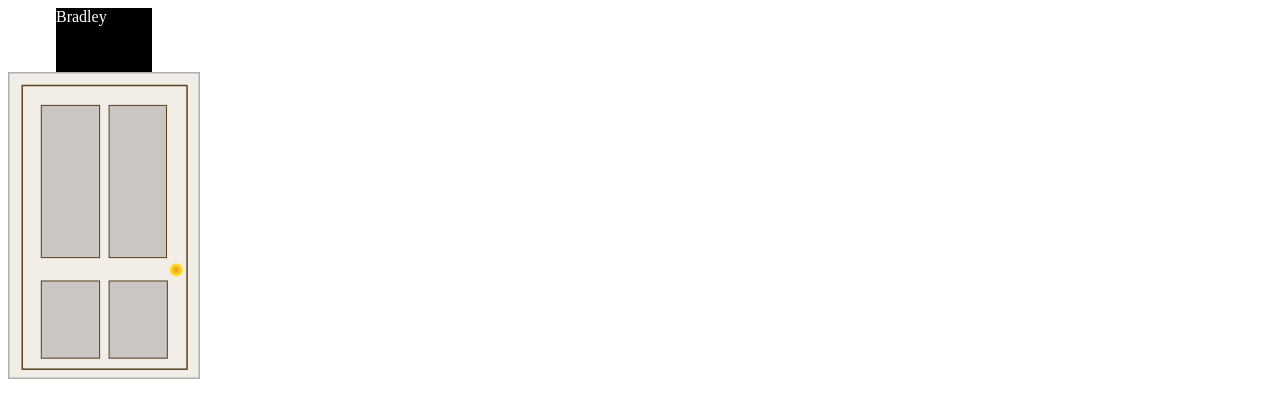
Repository: dnguyen130/HelpAHomieV3
Page: index.html
These files come from the project's save history. The page is drawn as it stood at one moment and after the next save; the edit follows.
The browser window is 1280 px wide. The pictures show the whole page.

Above is the page before, as saved 2021-03-10 18:40:38.

After the next save:
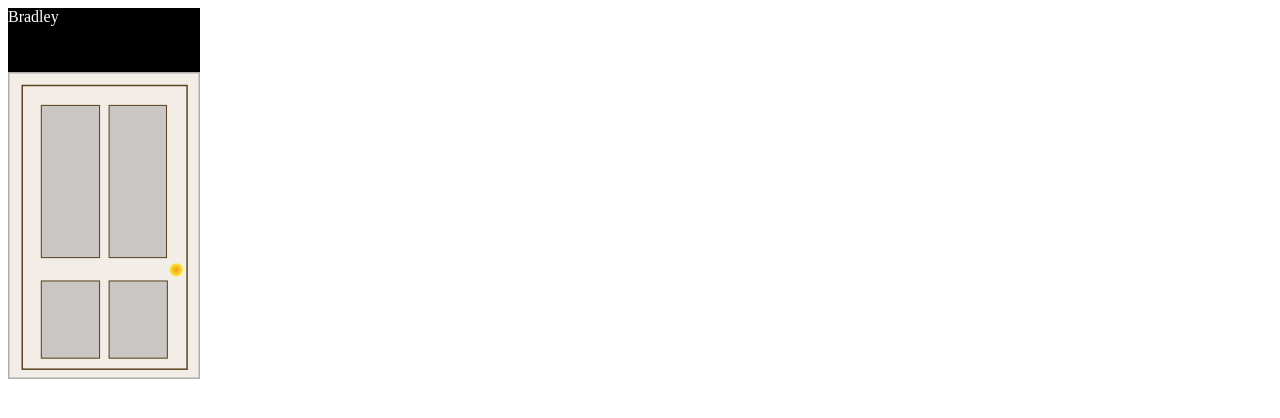
Saved 27 s later.
--- a/comps/Door/index.js
+++ b/comps/Door/index.js
@@ -8,7 +8,7 @@ function DoorUI(image="images/doorclosed.svg", hoverimage="images/dooropened.svg
             align-items: center;
         ">
             <div style="
-                width: 6rem;
+                width: 12rem;
                 height: 4rem;
                 background-color: black;
                 color: white;
